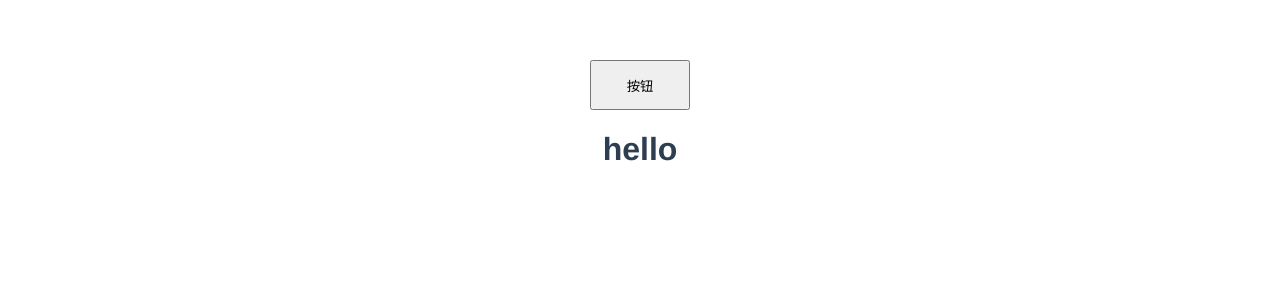
Repository: 319226862/wyy
Page: / (app in test/)
These files come from the project's save history. The page is drawn as it stood at one moment and after the next save; the edit follows.
The browser window is 1280 px wide. The pictures show the whole page.
The project was rebuilt for these pictures with package versions that can differ from the ones it lists, and the page was loaded fresh each time. Also part of the build but not shown: test/vue.config.js, test/src/components/School.vue, test/src/components/Student.vue.

Above is the page before, as saved 2023-06-25 20:46:48.

### test/src/main.js
import Vue from 'vue'
import App from './App.vue'

Vue.config.productionTip = false

new Vue({
  render: h => h(App),
  beforeCreate(){
    Vue.prototype.$bus = this
  }
}).$mount('#app')

### test/src/App.vue
<template>
  <div id="app">
    <!-- <h1>{{ msg }}</h1> -->
    <!-- <School />
    <Student /> -->
    <Draw />
  </div>
</template>

<script>
import School from './components/School.vue';
import Student from './components/Student.vue';
import Draw from './components/Draw.vue';
export default {
  name: 'App',
  data(){
    return {
      msg:'welcome'
    }
  },
  components: {
    School,
    Student,
    Draw
  },
  methods:{

  },
  mounted(){

  }
}
</script>

<style>
#app {
  font-family: Avenir, Helvetica, Arial, sans-serif;
  -webkit-font-smoothing: antialiased;
  -moz-osx-font-smoothing: grayscale;
  text-align: center;
  color: #2c3e50;
  margin-top: 60px;
}
</style>

### test/src/components/Draw.vue
<template>
    <div>
        <button @click="isShow = !isShow">按钮</button>
        <transition name="test">
            <h1 v-show="isShow">hello</h1>
        </transition>
    </div>
</template>

<script>
export default {
    data(){
        return{
            isShow : true
        }
    }
}
</script>

<style scoped>
button{
    width: 100px;
    height: 50px;
}
.test-enter-active{
    animation: test 1s linear;
}
.test-leave-active{
    animation: test 1s linear reverse;
}
@keyframes test {
    from {
        transform: translateX(-100px)
    }
    to {
        transform: translateX(0px)
    }
}
</style>

Loaded but not shown: test/public/index.html (common file)

After the next save:
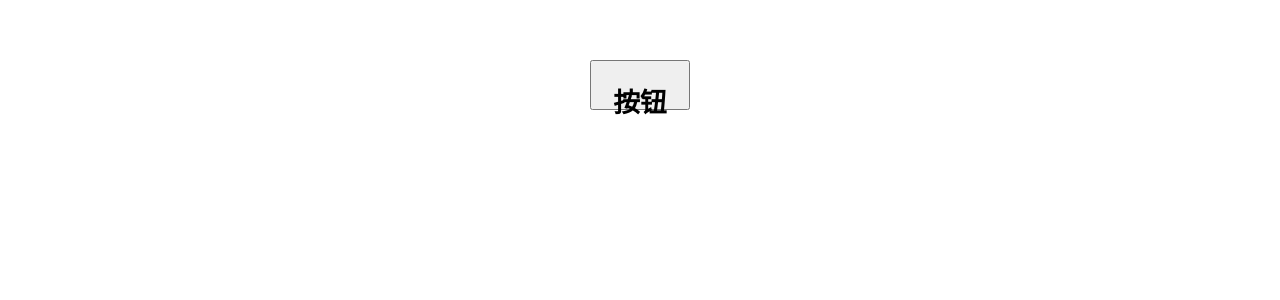
Saved 6 min 0 s later.
--- a/test/src/components/Draw.vue
+++ b/test/src/components/Draw.vue
@@ -1,9 +1,10 @@
 <template>
     <div>
-        <button @click="isShow = !isShow">按钮</button>
-        <transition name="test">
-            <h1 v-show="isShow">hello</h1>
-        </transition>
+        <button @click="isShow = !isShow">
+            <transition name="test">
+                <h1 v-show="isShow">按钮</h1>
+            </transition>
+        </button>
     </div>
 </template>
 
